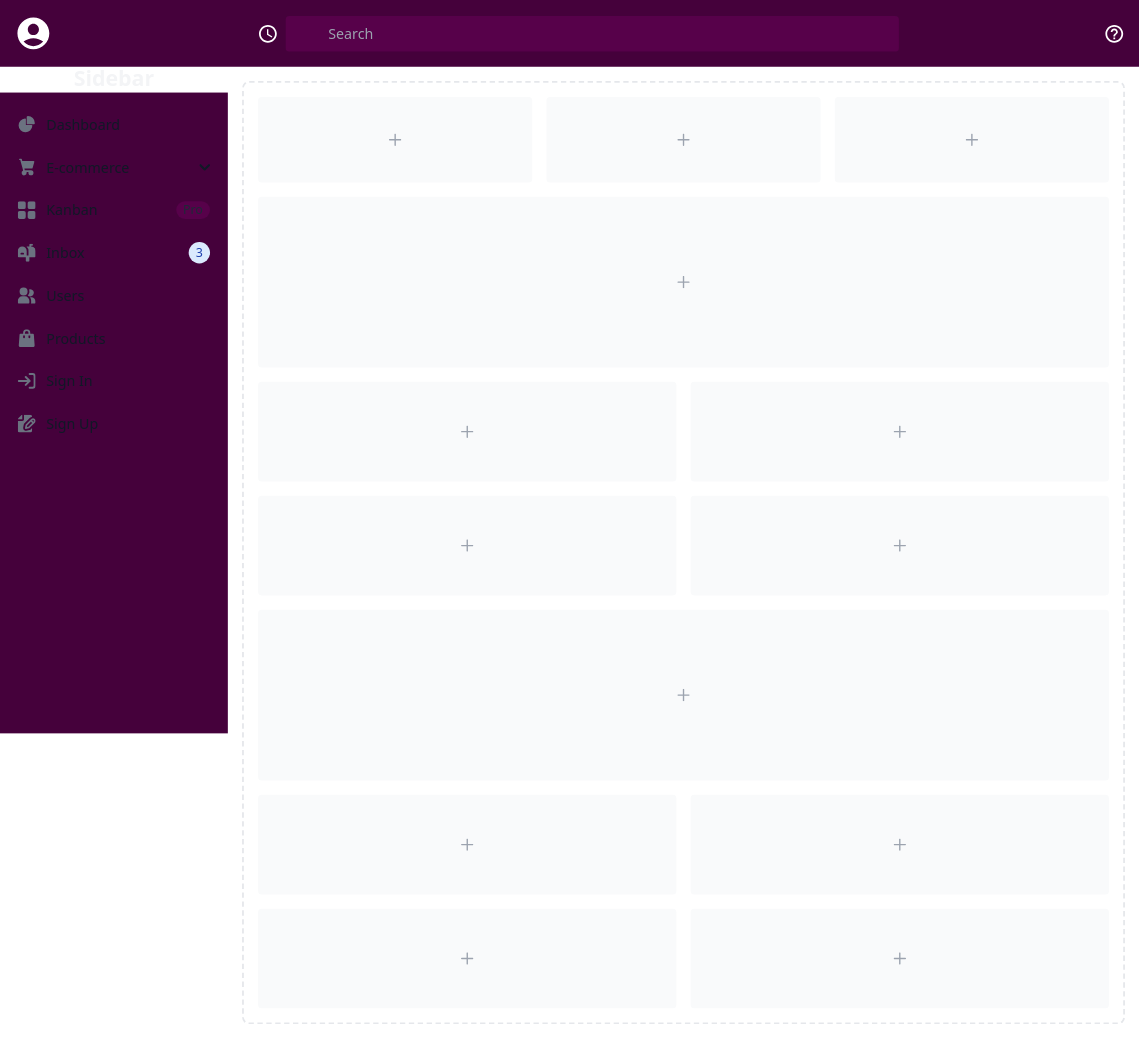
Repository: Shamraiz761/Slack_clone
Page: /
These files come from the project's save history. The page is drawn as it stood at one moment and after the next save; the edit follows.
The browser window is 1280 px wide. The pictures show the whole page, at 89% of full size.
The project was rebuilt for these pictures with package versions that can differ from the ones it lists, and the page was loaded fresh each time. Also part of the build but not shown: vite.config.js.

Above is the page before, as saved 2024-01-14 18:56:12.

### src/App.jsx

import React from 'react'
import Header from './components/header/Header'
import Sidebar from './components/sidebar/Sidebar'
function App() {

  return (
  <div className="">
    <div>
      <Header />
      </div>

      <Sidebar />
      {/* Other main content goes here */}
    </div>
  )
}

export default App

### src/components/header/Header.jsx
import React from 'react'
import AccessTimeIcon from '@mui/icons-material/AccessTime';
import HelpOutlineIcon from '@mui/icons-material/HelpOutline';
import AccountCircleIcon from '@mui/icons-material/AccountCircle';
function Header() {
  return (

    <nav className="bg-[#45013b] p-4" style={{background:''}}>
      <div className="container mx-auto flex items-center justify-between">
        {/* Left logos */}

          {/* Left logo */}
          <div className=" sm:mr-4 hidden sm:block">
          <AccountCircleIcon className='text-white text-larger hidden sm:block' style={{fontSize:'43px'}}/>

          </div>





        <div className="sm:w-full flex justify-center items-center">
        <div className="mr-2">
            <AccessTimeIcon className='text-white'/>


          </div>
          <input
            type="text"
            placeholder="Search"
            className=" p-2 px-12 bg-[#57014a] text-white border-none rounded w-32 sm:w-3/5"
          />
        </div>

        {/* Right logos */}
        <div className="flex items-center">

          <div className="ml-[-100px] sm:ml-4">
            <HelpOutlineIcon className='text-white'/>

          </div>
        </div>
      </div>
    </nav>
  )
}

export default Header

### src/components/sidebar/Sidebar.jsx
import React from "react";

function Sidebar() {
  return (
    <div className="relative">


      <aside
        id="sidebar-multi-level-sidebar"
        className="absolute top-full left-0 mt-[-1095px] w-64 h-screen transition-transform -translate-x-full sm:translate-x-0"
        aria-label="Sidebar"
      >
        <h1 className="text-center font-bold text-2xl text-gray-100">Sidebar</h1>
        <div className="h-full px-3 py-4 overflow-y-auto bg-[#45013b] ">
          <ul className="space-y-2 font-medium">
            <li>
              <a
                href="#"
                className="flex items-center p-2 text-gray-900 rounded-lg dark:text-white hover:bg-[#57014a] dark:hover:bg-gray-700 group"
              >
                <svg
                  className="w-5 h-5 text-gray-500 transition duration-75 dark:text-gray-400 group-hover:text-gray-900 dark:group-hover:text-white"
                  aria-hidden="true"
                  xmlns="http://www.w3.org/2000/svg"
                  fill="currentColor"
                  viewBox="0 0 22 21"
                >
                  <path d="M16.975 11H10V4.025a1 1 0 0 0-1.066-.998 8.5 8.5 0 1 0 9.039 9.039.999.999 0 0 0-1-1.066h.002Z" />
                  <path d="M12.5 0c-.157 0-.311.01-.565.027A1 1 0 0 0 11 1.02V10h8.975a1 1 0 0 0 1-.935c.013-.188.028-.374.028-.565A8.51 8.51 0 0 0 12.5 0Z" />
                </svg>
                <span className="ms-3">Dashboard</span>
              </a>
            </li>
            <li>
              <button
                type="button"
                className="flex items-center w-full p-2 text-base text-gray-900 transition duration-75 rounded-lg group hover:bg-[#57014a] dark:text-white dark:hover:bg-gray-700"
                aria-controls="dropdown-example"
                data-collapse-toggle="dropdown-example"
              >
                <svg
                  className="flex-shrink-0 w-5 h-5 text-gray-500 transition duration-75 group-hover:text-gray-900 dark:text-gray-400 dark:group-hover:text-white"
                  aria-hidden="true"
                  xmlns="http://www.w3.org/2000/svg"
                  fill="currentColor"
                  viewBox="0 0 18 21"
                >
                  <path d="M15 12a1 1 0 0 0 .962-.726l2-7A1 1 0 0 0 17 3H3.77L3.175.745A1 1 0 0 0 2.208 0H1a1 1 0 0 0 0 2h.438l.6 2.255v.019l2 7 .746 2.986A3 3 0 1 0 9 17a2.966 2.966 0 0 0-.184-1h2.368c-.118.32-.18.659-.184 1a3 3 0 1 0 3-3H6.78l-.5-2H15Z" />
                </svg>
                <span className="flex-1 ms-3 text-left rtl:text-right whitespace-nowrap">
                  E-commerce
                </span>
                <svg
                  className="w-3 h-3"
                  aria-hidden="true"
                  xmlns="http://www.w3.org/2000/svg"
                  fill="none"
                  viewBox="0 0 10 6"
                >
                  <path
                    stroke="currentColor"
                    stroke-linecap="round"
                    stroke-linejoin="round"
                    stroke-width="2"
                    d="m1 1 4 4 4-4"
                  />
                </svg>
              </button>
              <ul id="dropdown-example" className="hidden py-2 space-y-2">
                <li>
                  <a
                    href="#"
                    className="flex items-center w-full p-2 text-gray-900 transition duration-75 rounded-lg pl-11 group hover:bg-[#57014a] dark:text-white dark:hover:bg-gray-700"
                  >
                    Products
                  </a>
                </li>
                <li>
                  <a
                    href="#"
                    className="flex items-center w-full p-2 text-gray-900 transition duration-75 rounded-lg pl-11 group hover:bg-[#57014a] dark:text-white dark:hover:bg-gray-700"
                  >
                    Billing
                  </a>
                </li>
                <li>
                  <a
                    href="#"
                    className="flex items-center w-full p-2 text-gray-900 transition duration-75 rounded-lg pl-11 group hover:bg-[#57014a] dark:text-white dark:hover:bg-gray-700"
                  >
                    Invoice
                  </a>
                </li>
              </ul>
            </li>
            <li>
              <a
                href="#"
                className="flex items-center p-2 text-gray-900 rounded-lg dark:text-white hover:bg-[#57014a] dark:hover:bg-gray-700 group"
              >
                <svg
                  className="flex-shrink-0 w-5 h-5 text-gray-500 transition duration-75 dark:text-gray-400 group-hover:text-gray-900 dark:group-hover:text-white"
                  aria-hidden="true"
                  xmlns="http://www.w3.org/2000/svg"
                  fill="currentColor"
                  viewBox="0 0 18 18"
                >
                  <path d="M6.143 0H1.857A1.857 1.857 0 0 0 0 1.857v4.286C0 7.169.831 8 1.857 8h4.286A1.857 1.857 0 0 0 8 6.143V1.857A1.857 1.857 0 0 0 6.143 0Zm10 0h-4.286A1.857 1.857 0 0 0 10 1.857v4.286C10 7.169 10.831 8 11.857 8h4.286A1.857 1.857 0 0 0 18 6.143V1.857A1.857 1.857 0 0 0 16.143 0Zm-10 10H1.857A1.857 1.857 0 0 0 0 11.857v4.286C0 17.169.831 18 1.857 18h4.286A1.857 1.857 0 0 0 8 16.143v-4.286A1.857 1.857 0 0 0 6.143 10Zm10 0h-4.286A1.857 1.857 0 0 0 10 11.857v4.286c0 1.026.831 1.857 1.857 1.857h4.286A1.857 1.857 0 0 0 18 16.143v-4.286A1.857 1.857 0 0 0 16.143 10Z" />
                </svg>
                <span className="flex-1 ms-3 whitespace-nowrap">Kanban</span>
                <span className="inline-flex items-center justify-center px-2 ms-3 text-sm font-medium text-gray-800 bg-[#57014a] rounded-full dark:bg-gray-700 dark:text-gray-300">
                  Pro
                </span>
              </a>
            </li>
            <li>
              <a
                href="#"
                className="flex items-center p-2 text-gray-900 rounded-lg dark:text-white hover:bg-[#57014a] dark:hover:bg-gray-700 group"
              >
                <svg
                  className="flex-shrink-0 w-5 h-5 text-gray-500 transition duration-75 dark:text-gray-400 group-hover:text-gray-900 dark:group-hover:text-white"
                  aria-hidden="true"
                  xmlns="http://www.w3.org/2000/svg"
                  fill="currentColor"
                  viewBox="0 0 20 20"
                >
                  <path d="m17.418 3.623-.018-.008a6.713 6.713 0 0 0-2.4-.569V2h1a1 1 0 1 0 0-2h-2a1 1 0 0 0-1 1v2H9.89A6.977 6.977 0 0 1 12 8v5h-2V8A5 5 0 1 0 0 8v6a1 1 0 0 0 1 1h8v4a1 1 0 0 0 1 1h2a1 1 0 0 0 1-1v-4h6a1 1 0 0 0 1-1V8a5 5 0 0 0-2.582-4.377ZM6 12H4a1 1 0 0 1 0-2h2a1 1 0 0 1 0 2Z" />
                </svg>
                <span className="flex-1 ms-3 whitespace-nowrap">Inbox</span>
                <span className="inline-flex items-center justify-center w-3 h-3 p-3 ms-3 text-sm font-medium text-blue-800 bg-blue-100 rounded-full dark:bg-blue-900 dark:text-blue-300">
                  3
                </span>
              </a>
            </li>
            <li>
              <a
                href="#"
                className="flex items-center p-2 text-gray-900 rounded-lg dark:text-white hover:bg-[#57014a] dark:hover:bg-gray-700 group"
              >
                <svg
                  className="flex-shrink-0 w-5 h-5 text-gray-500 transition duration-75 dark:text-gray-400 group-hover:text-gray-900 dark:group-hover:text-white"
                  aria-hidden="true"
                  xmlns="http://www.w3.org/2000/svg"
                  fill="currentColor"
                  viewBox="0 0 20 18"
                >
                  <path d="M14 2a3.963 3.963 0 0 0-1.4.267 6.439 6.439 0 0 1-1.331 6.638A4 4 0 1 0 14 2Zm1 9h-1.264A6.957 6.957 0 0 1 15 15v2a2.97 2.97 0 0 1-.184 1H19a1 1 0 0 0 1-1v-1a5.006 5.006 0 0 0-5-5ZM6.5 9a4.5 4.5 0 1 0 0-9 4.5 4.5 0 0 0 0 9ZM8 10H5a5.006 5.006 0 0 0-5 5v2a1 1 0 0 0 1 1h11a1 1 0 0 0 1-1v-2a5.006 5.006 0 0 0-5-5Z" />
                </svg>
                <span className="flex-1 ms-3 whitespace-nowrap">Users</span>
              </a>
            </li>
            <li>
              <a
                href="#"
                className="flex items-center p-2 text-gray-900 rounded-lg dark:text-white hover:bg-[#57014a] dark:hover:bg-gray-700 group"
              >
                <svg
                  className="flex-shrink-0 w-5 h-5 text-gray-500 transition duration-75 dark:text-gray-400 group-hover:text-gray-900 dark:group-hover:text-white"
                  aria-hidden="true"
                  xmlns="http://www.w3.org/2000/svg"
                  fill="currentColor"
                  viewBox="0 0 18 20"
                >
                  <path d="M17 5.923A1 1 0 0 0 16 5h-3V4a4 4 0 1 0-8 0v1H2a1 1 0 0 0-1 .923L.086 17.846A2 2 0 0 0 2.08 20h13.84a2 2 0 0 0 1.994-2.153L17 5.923ZM7 9a1 1 0 0 1-2 0V7h2v2Zm0-5a2 2 0 1 1 4 0v1H7V4Zm6 5a1 1 0 1 1-2 0V7h2v2Z" />
                </svg>
                <span className="flex-1 ms-3 whitespace-nowrap">Products</span>
              </a>
            </li>
            <li>
              <a
                href="#"
                className="flex items-center p-2 text-gray-900 rounded-lg dark:text-white hover:bg-[#57014a] dark:hover:bg-gray-700 group"
              >
                <svg
                  className="flex-shrink-0 w-5 h-5 text-gray-500 transition duration-75 dark:text-gray-400 group-hover:text-gray-900 dark:group-hover:text-white"
                  aria-hidden="true"
                  xmlns="http://www.w3.org/2000/svg"
                  fill="none"
                  viewBox="0 0 18 16"
                >
                  <path
                    stroke="currentColor"
                    stroke-linecap="round"
                    stroke-linejoin="round"
                    stroke-width="2"
                    d="M1 8h11m0 0L8 4m4 4-4 4m4-11h3a2 2 0 0 1 2 2v10a2 2 0 0 1-2 2h-3"
                  />
                </svg>
                <span className="flex-1 ms-3 whitespace-nowrap">Sign In</span>
              </a>
            </li>
            <li>
              <a
                href="#"
                className="flex items-center p-2 text-gray-900 rounded-lg dark:text-white hover:bg-[#57014a] dark:hover:bg-gray-700 group"
              >
                <svg
                  className="flex-shrink-0 w-5 h-5 text-gray-500 transition duration-75 dark:text-gray-400 group-hover:text-gray-900 dark:group-hover:text-white"
                  aria-hidden="true"
                  xmlns="http://www.w3.org/2000/svg"
                  fill="currentColor"
                  viewBox="0 0 20 20"
                >
                  <path d="M5 5V.13a2.96 2.96 0 0 0-1.293.749L.879 3.707A2.96 2.96 0 0 0 .13 5H5Z" />
                  <path d="M6.737 11.061a2.961 2.961 0 0 1 .81-1.515l6.117-6.116A4.839 4.839 0 0 1 16 2.141V2a1.97 1.97 0 0 0-1.933-2H7v5a2 2 0 0 1-2 2H0v11a1.969 1.969 0 0 0 1.933 2h12.134A1.97 1.97 0 0 0 16 18v-3.093l-1.546 1.546c-.413.413-.94.695-1.513.81l-3.4.679a2.947 2.947 0 0 1-1.85-.227 2.96 2.96 0 0 1-1.635-3.257l.681-3.397Z" />
                  <path d="M8.961 16a.93.93 0 0 0 .189-.019l3.4-.679a.961.961 0 0 0 .49-.263l6.118-6.117a2.884 2.884 0 0 0-4.079-4.078l-6.117 6.117a.96.96 0 0 0-.263.491l-.679 3.4A.961.961 0 0 0 8.961 16Zm7.477-9.8a.958.958 0 0 1 .68-.281.961.961 0 0 1 .682 1.644l-.315.315-1.36-1.36.313-.318Zm-5.911 5.911 4.236-4.236 1.359 1.359-4.236 4.237-1.7.339.341-1.699Z" />
                </svg>
                <span className="flex-1 ms-3 whitespace-nowrap">Sign Up</span>
              </a>
            </li>
          </ul>
        </div>
      </aside>

      <div className="p-4 sm:ml-64">
        <div className="p-4 border-2 border-gray-200 border-dashed rounded-lg dark:border-gray-700">
          <div className="grid grid-cols-3 gap-4 mb-4">
            <div className="flex items-center justify-center h-24 rounded bg-gray-50 dark:bg-gray-800">
              <p className="text-2xl text-gray-400 dark:text-gray-500">
                <svg
                  className="w-3.5 h-3.5"
                  aria-hidden="true"
                  xmlns="http://www.w3.org/2000/svg"
                  fill="none"
                  viewBox="0 0 18 18"
                >
                  <path
                    stroke="currentColor"
                    stroke-linecap="round"
                    stroke-linejoin="round"
                    stroke-width="2"
                    d="M9 1v16M1 9h16"
                  />
                </svg>
              </p>
            </div>
            <div className="flex items-center justify-center h-24 rounded bg-gray-50 dark:bg-gray-800">
              <p className="text-2xl text-gray-400 dark:text-gray-500">
                <svg
                  className="w-3.5 h-3.5"
                  aria-hidden="true"
                  xmlns="http://www.w3.org/2000/svg"
                  fill="none"
                  viewBox="0 0 18 18"
                >
                  <path
                    stroke="currentColor"
                    stroke-linecap="round"
                    stroke-linejoin="round"
                    stroke-width="2"
                    d="M9 1v16M1 9h16"
                  />
                </svg>
              </p>
            </div>
            <div className="flex items-center justify-center h-24 rounded bg-gray-50 dark:bg-gray-800">
              <p className="text-2xl text-gray-400 dark:text-gray-500">
                <svg
                  className="w-3.5 h-3.5"
                  aria-hidden="true"
                  xmlns="http://www.w3.org/2000/svg"
                  fill="none"
                  viewBox="0 0 18 18"
                >
                  <path
                    stroke="currentColor"
                    stroke-linecap="round"
                    stroke-linejoin="round"
                    stroke-width="2"
                    d="M9 1v16M1 9h16"
                  />
                </svg>
              </p>
            </div>
          </div>
          <div className="flex items-center justify-center h-48 mb-4 rounded bg-gray-50 dark:bg-gray-800">
            <p className="text-2xl text-gray-400 dark:text-gray-500">
              <svg
                className="w-3.5 h-3.5"
                aria-hidden="true"
                xmlns="http://www.w3.org/2000/svg"
                fill="none"
                viewBox="0 0 18 18"
              >
                <path
                  stroke="currentColor"
                  stroke-linecap="round"
                  stroke-linejoin="round"
                  stroke-width="2"
                  d="M9 1v16M1 9h16"
                />
              </svg>
            </p>
          </div>
          <div className="grid grid-cols-2 gap-4 mb-4">
            <div className="flex items-center justify-center rounded bg-gray-50 h-28 dark:bg-gray-800">
              <p className="text-2xl text-gray-400 dark:text-gray-500">
                <svg
                  className="w-3.5 h-3.5"
                  aria-hidden="true"
                  xmlns="http://www.w3.org/2000/svg"
                  fill="none"
                  viewBox="0 0 18 18"
                >
                  <path
                    stroke="currentColor"
                    stroke-linecap="round"
                    stroke-linejoin="round"
                    stroke-width="2"
                    d="M9 1v16M1 9h16"
                  />
                </svg>
              </p>
            </div>
            <div className="flex items-center justify-center rounded bg-gray-50 h-28 dark:bg-gray-800">
              <p className="text-2xl text-gray-400 dark:text-gray-500">
                <svg
                  className="w-3.5 h-3.5"
                  aria-hidden="true"
                  xmlns="http://www.w3.org/2000/svg"
                  fill="none"
                  viewBox="0 0 18 18"
                >
                  <path
                    stroke="currentColor"
                    stroke-linecap="round"
                    stroke-linejoin="round"
                    stroke-width="2"
                    d="M9 1v16M1 9h16"
                  />
                </svg>
              </p>
            </div>
            <div className="flex items-center justify-center rounded bg-gray-50 h-28 dark:bg-gray-800">
              <p className="text-2xl text-gray-400 dark:text-gray-500">
                <svg
                  className="w-3.5 h-3.5"
                  aria-hidden="true"
                  xmlns="http://www.w3.org/2000/svg"
                  fill="none"
                  viewBox="0 0 18 18"
                >
                  <path
                    stroke="currentColor"
                    stroke-linecap="round"
                    stroke-linejoin="round"
                    stroke-width="2"
                    d="M9 1v16M1 9h16"
                  />
                </svg>
              </p>
            </div>
            <div className="flex items-center justify-center rounded bg-gray-50 h-28 dark:bg-gray-800">
              <p className="text-2xl text-gray-400 dark:text-gray-500">
                <svg
                  className="w-3.5 h-3.5"
                  aria-hidden="true"
                  xmlns="http://www.w3.org/2000/svg"
                  fill="none"
                  viewBox="0 0 18 18"
                >
                  <path
                    stroke="currentColor"
                    stroke-linecap="round"
                    stroke-linejoin="round"
                    stroke-width="2"
                    d="M9 1v16M1 9h16"
                  />
                </svg>
              </p>
            </div>
          </div>
          <div className="flex items-center justify-center h-48 mb-4 rounded bg-gray-50 dark:bg-gray-800">
            <p className="text-2xl text-gray-400 dark:text-gray-500">
              <svg
                className="w-3.5 h-3.5"
                aria-hidden="true"
                xmlns="http://www.w3.org/2000/svg"
                fill="none"
                viewBox="0 0 18 18"
              >
                <path
                  stroke="currentColor"
                  stroke-linecap="round"
                  stroke-linejoin="round"
                  stroke-width="2"
                  d="M9 1v16M1 9h16"
                />
              </svg>
            </p>
          </div>
          <div className="grid grid-cols-2 gap-4">
            <div className="flex items-center justify-center rounded bg-gray-50 h-28 dark:bg-gray-800">
              <p className="text-2xl text-gray-400 dark:text-gray-500">
                <svg
                  className="w-3.5 h-3.5"
                  aria-hidden="true"
                  xmlns="http://www.w3.org/2000/svg"
                  fill="none"
                  viewBox="0 0 18 18"
                >
                  <path
                    stroke="currentColor"
                    stroke-linecap="round"
                    stroke-linejoin="round"
                    stroke-width="2"
                    d="M9 1v16M1 9h16"
                  />
                </svg>
              </p>
            </div>
            <div className="flex items-center justify-center rounded bg-gray-50 h-28 dark:bg-gray-800">
              <p className="text-2xl text-gray-400 dark:text-gray-500">
                <svg
                  className="w-3.5 h-3.5"
                  aria-hidden="true"
                  xmlns="http://www.w3.org/2000/svg"
                  fill="none"
                  viewBox="0 0 18 18"
                >
                  <path
                    stroke="currentColor"
                    stroke-linecap="round"
                    stroke-linejoin="round"
                    stroke-width="2"
                    d="M9 1v16M1 9h16"
                  />
                </svg>
              </p>
            </div>
            <div className="flex items-center justify-center rounded bg-gray-50 h-28 dark:bg-gray-800">
              <p className="text-2xl text-gray-400 dark:text-gray-500">
                <svg
                  className="w-3.5 h-3.5"
                  aria-hidden="true"
                  xmlns="http://www.w3.org/2000/svg"
                  fill="none"
                  viewBox="0 0 18 18"
                >
                  <path
                    stroke="currentColor"
                    stroke-linecap="round"
                    stroke-linejoin="round"
                    stroke-width="2"
                    d="M9 1v16M1 9h16"
                  />
                </svg>
              </p>
            </div>
            <div className="flex items-center justify-center rounded bg-gray-50 h-28 dark:bg-gray-800">
              <p className="text-2xl text-gray-400 dark:text-gray-500">
                <svg
                  className="w-3.5 h-3.5"
                  aria-hidden="true"
                  xmlns="http://www.w3.org/2000/svg"
                  fill="none"
                  viewBox="0 0 18 18"
                >
                  <path
                    stroke="currentColor"
                    stroke-linecap="round"
                    stroke-linejoin="round"
                    stroke-width="2"
                    d="M9 1v16M1 9h16"
                  />
                </svg>
              </p>
            </div>
          </div>
        </div>
      </div>
    </div>
  );
}

export default Sidebar;

Loaded but not shown: index.html (common file); src/main.jsx (common file); src/index.css (common file); tailwind.config.js (common file)

After the next save:
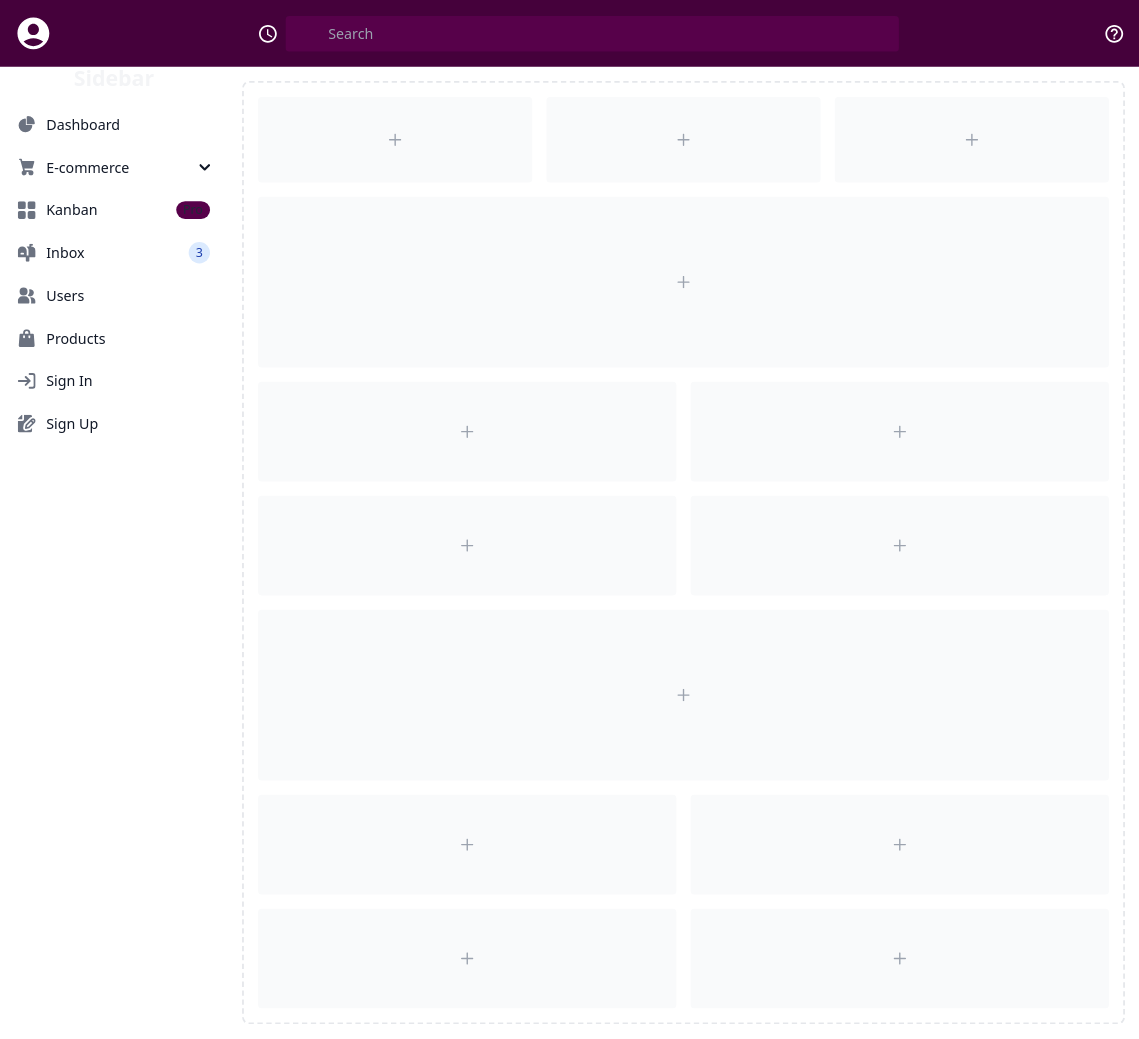
Saved 26 s later.
--- a/src/components/sidebar/Sidebar.jsx
+++ b/src/components/sidebar/Sidebar.jsx
@@ -11,7 +11,7 @@ function Sidebar() {
         aria-label="Sidebar"
       >
         <h1 className="text-center font-bold text-2xl text-gray-100">Sidebar</h1>
-        <div className="h-full px-3 py-4 overflow-y-auto bg-[#45013b] ">
+        <div className="h-full px-3 py-4 overflow-y-auto ">
           <ul className="space-y-2 font-medium">
             <li>
               <a
